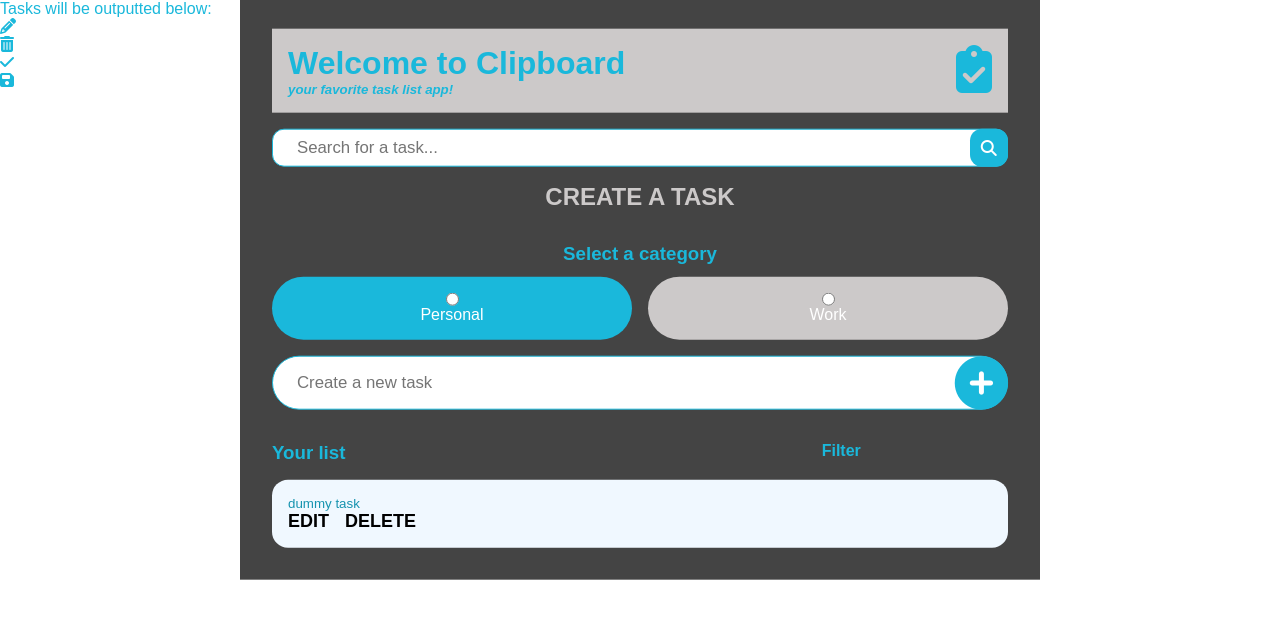
Repository: WesleyErasmus/Todo-App
Page: todoApp.html
The author's editor kept a copy of each file at every save. The page is drawn from the files as they stood at one save, then again after the next save.
The browser window is 1280 px wide. The pictures show the whole page.
Some web libraries are served in a nearby version.

Above is the page before, as saved 2022-06-04 21:45:18.

After the next save:
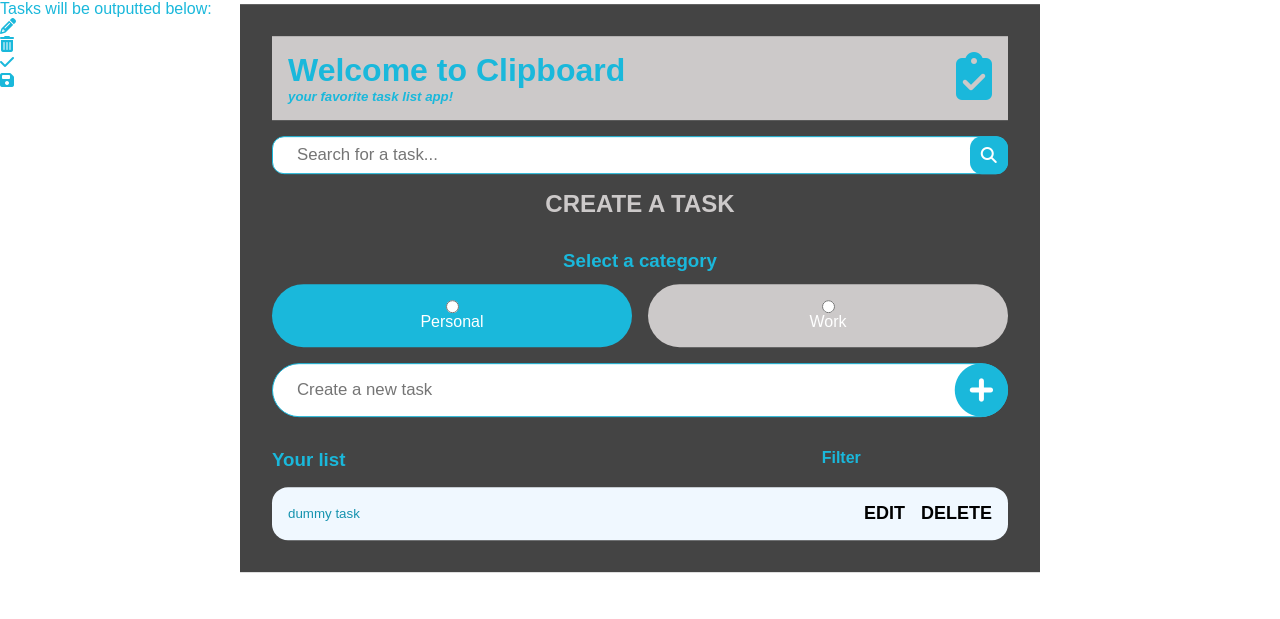
Saved 69 s later.
--- a/source/css/todoApp.css
+++ b/source/css/todoApp.css
@@ -198,7 +198,7 @@ justify-content: space-between;
 margin-bottom: 1rem;
 }
 
-#tasks {
+#tasks .task-name {
     display: flex;
     justify-content: space-between;
     background-color: aliceblue;
